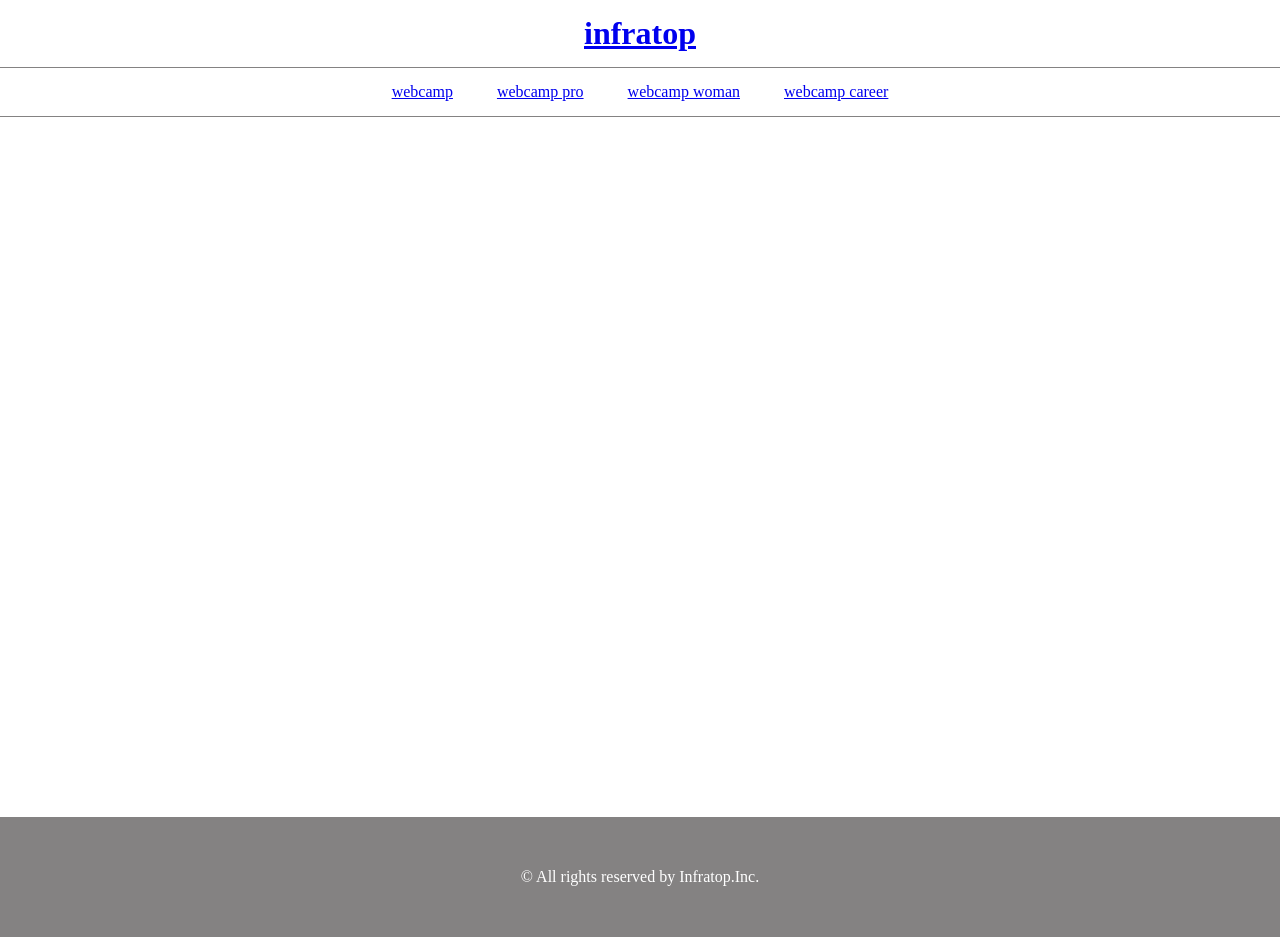
Repository: Nao002/practice
Page: html-practice5/index.html
The author's editor kept a record of every edit. The page is drawn from the files as they stood at one moment, then again after the next edit.
The browser window is 1280 px wide. The pictures show the whole page.

Above is the page before.

After the next edit:
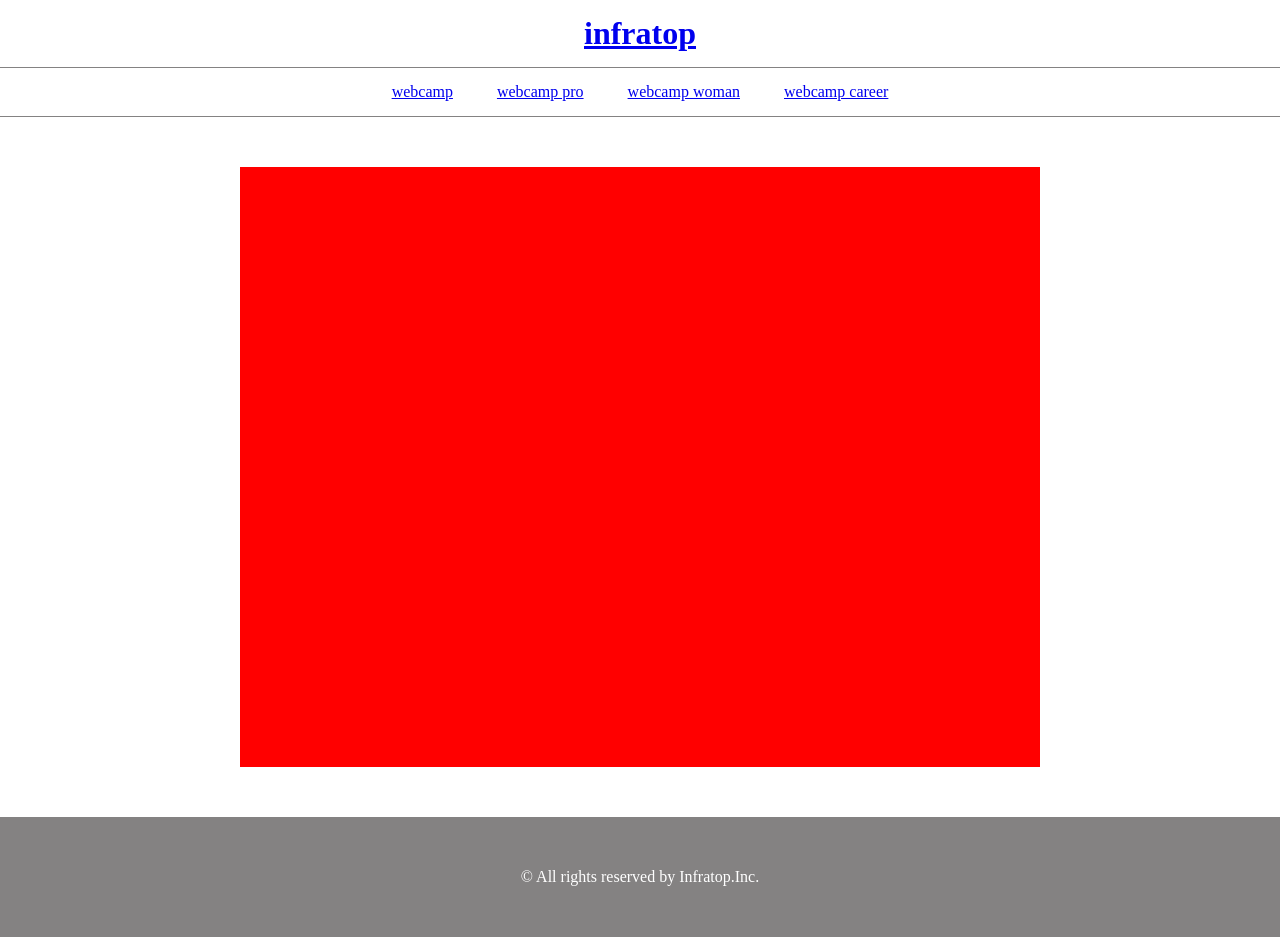
The edit:
--- a/html-practice5/index.html
+++ b/html-practice5/index.html
@@ -38,13 +38,20 @@
 
     <!-- main-visual用のdiv -->
     <div class="main-visual">
-      <div class="main-visual-content"></div>
-    </div>
-
-    <!-- main用のdiv -->
-    <div class="main">
-      <div class="blog"></div>
-      <div class="sidebar"></div>
+      <div class="main-visual-content">
+        <div class="main-visual-color"></div>
+        <div class="main-visual-color"></div>
+        <div class="main-visual-color"></div>
+        <div class="main-visual-color"></div>
+        <div class="main-visual-color"></div>
+        <div class="main-visual-color"></div>
+        <div class="main-visual-color"></div>
+        <div class="main-visual-color"></div>
+        <div class="main-visual-color"></div>
+        <div class="main-visual-color"></div>
+        <div class="main-visual-color"></div>
+        <div class="main-visual-color"></div>
+      </div>
     </div>
 
     <!-- footer -->
